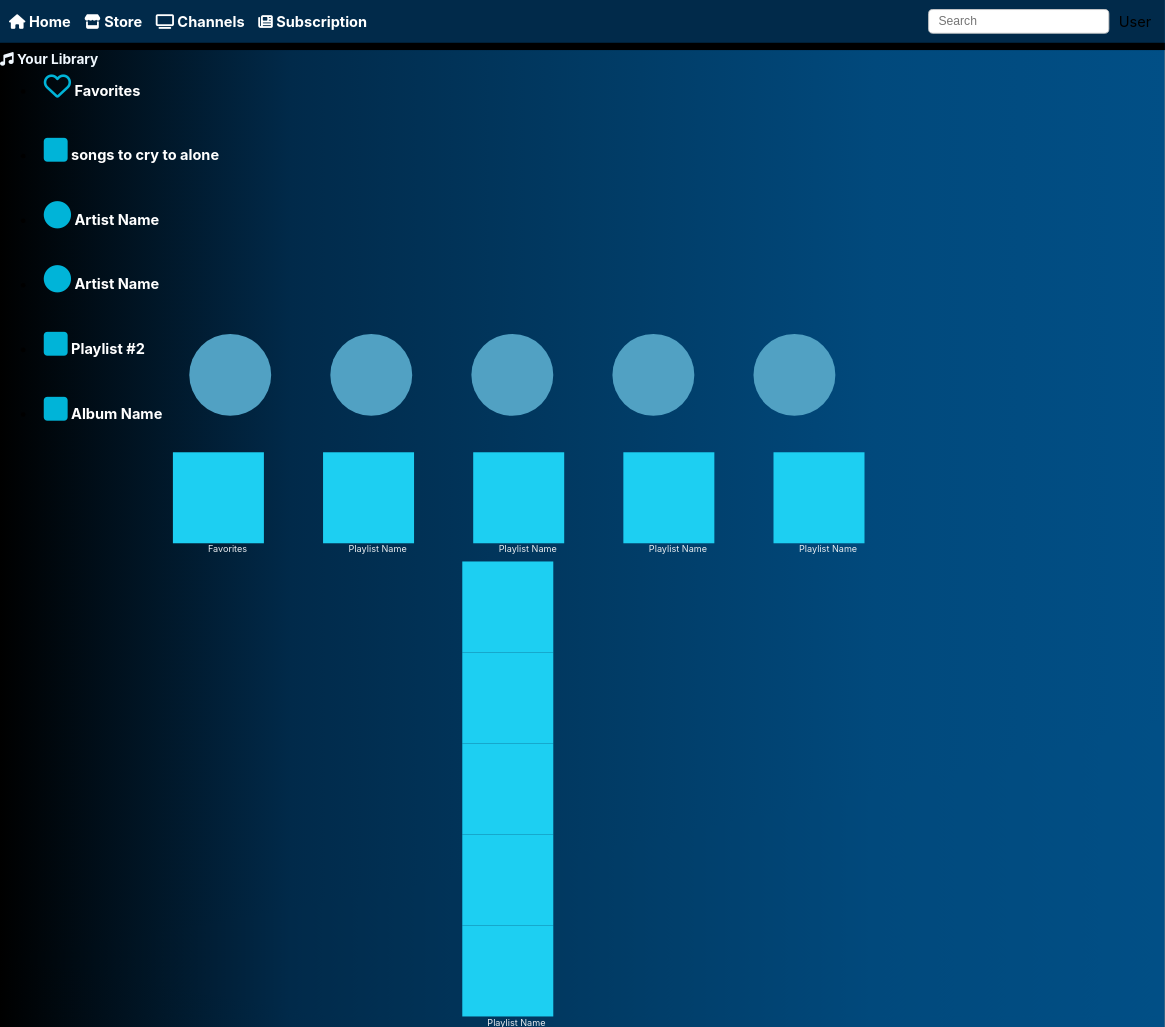
Repository: gordonnrat/group-2-project
Page: / (app in source-code/)
The author's editor kept a copy of each file at every save. The page is drawn from the files as they stood at one save, then again after the next save.
The browser window is 1280 px wide. The pictures show the whole page, at 91% of full size.
The project was rebuilt for these pictures with package versions that can differ from the ones it lists, and the page was loaded fresh each time. Also part of the build but not shown: source-code/src/App.css, source-code/src/App.js, source-code/src/components/pages/Login.js.

Above is the page before, as saved 2023-08-01 15:37:55.

### source-code/src/index.js
import React from 'react';
import ReactDOM from 'react-dom';
import './index.css';
import reportWebVitals from './reportWebVitals';
import {
  BrowserRouter as Router,
  Routes,
  Route,
  Link
} from "react-router-dom";

import App from './App';
import Home from './components/pages/Home';
import Login from './components/pages/Login';

ReactDOM.render(
  <React.StrictMode>
    <Router>
      <Routes>
        <Route path="/" element={<Home />} />
        <Route path="/login" element={<Login />} />
        {/* Add more routes here */}
        <Route path="/group-2-project" element={<Link to="/" />} />
      </Routes>
    </Router>
  </React.StrictMode>,
  document.getElementById('root')
);

// If you want to start measuring performance in your app, pass a function
// to log results (for example: reportWebVitals(console.log))
// or send to an analytics endpoint. Learn more: https://bit.ly/CRA-vitals
reportWebVitals();

### source-code/src/index.css
body {
  margin: 0;
  font-family: -apple-system, BlinkMacSystemFont, 'Segoe UI', 'Roboto', 'Oxygen',
    'Ubuntu', 'Cantarell', 'Fira Sans', 'Droid Sans', 'Helvetica Neue',
    sans-serif;
  -webkit-font-smoothing: antialiased;
  -moz-osx-font-smoothing: grayscale;
}

code {
  font-family: source-code-pro, Menlo, Monaco, Consolas, 'Courier New',
    monospace;
}

body {
  background: linear-gradient(0.25turn,black,#012A4A, #013A63, #01497C,#014F86);


}

### source-code/src/components/pages/Home.js
// Home.js

import React from "react";
import { Link } from "react-router-dom";
import Navbar from "../Navbar";
import "./js.css";

function Home() {
  return (
    <div>
      <Navbar />
      <h1 className="top-heading">
        <i className="fas fa-music"></i> Your Library
      </h1>
      <div className="main-container">
        <div className="squares-container">
          {/* Square 1 */}
          <Link to="/favorites">
            <div className="square-container">
              <div className="text">Favorites</div>
              <div className="square square-red"></div>
            </div>
          </Link>

          {/* Square 2 */}
          <Link to="/Playlist">
            <div className="square-container">
              <div className="text">Playlist Name</div>
              <div className="square square-blue"></div>
            </div>
          </Link>

          {/* Square 3 */}
          <Link to="/Playlist">
            <div className="square-container">
              <div className="text">Playlist Name</div>
              <div className="square square-green"></div>
            </div>
          </Link>

          {/* Square 4 */}
          <Link to="/Playlist">
            <div className="square-container">
              <div className="text">Playlist Name</div>
              <div className="square square-orange"></div>
            </div>
          </Link>

          {/* Square 5 */}
          <Link to="/Playlist">
            <div className="square-container">
              <div className="text">Playlist Name</div>
              <div className="square square-purple"></div>
            </div>
          </Link>
        </div>

        <div className="circles-container">
          {/* Circle 1 */}
          <Link to="/Playlist">
            <div className="circle-container">
              <div className="circle"></div>
            </div>
          </Link>

          {/* Circle 2 */}
          <Link to="/Playlist">
            <div className="circle-container">
              <div className="circle"></div>
            </div>
          </Link>

          {/* Circle 3 */}
          <Link to="/Playlist">
            <div className="circle-container">
              <div className="circle"></div>
            </div>
          </Link>

          {/* Circle 4 */}
          <Link to="/Playlist">
            <div className="circle-container">
              <div className="circle"></div>
            </div>
          </Link>

          {/* Circle 5 */}
          <Link to="/Playlist">
            <div className="circle-container">
              <div className="circle"></div>
            </div>
          </Link>
        </div>

        <div className="more-squares-container">
          {/* Square 6 */}
          <Link to="/Playlist">
            <div className="square-container">
              <div className="text">Playlist Name</div>
              <div className="square square-yellow"></div>
            </div>
          </Link>

          {/* Square 7 */}
          <Link to="/Playlist">
            <div className="square-container">
              <div className="text">Playlist Name</div>
              <div className="square square-pink"></div>
            </div>
          </Link>

          {/* Square 8 */}
          <Link to="/Playlist">
            <div className="square-container">
              <div className="text">Playlist Name</div>
              <div className="square square-teal"></div>
            </div>
          </Link>

          {/* Square 9 */}
          <Link to="/Playlist">
            <div className="square-container">
              <div className="text">Playlist Name</div>
              <div className="square square-indigo"></div>
            </div>
          </Link>

          {/* Square 10 */}
          <Link to="/Playlist">
            <div className="square-container">
              <div className="text">Playlist Name</div>
              <div className="square square-cyan"></div>
            </div>
          </Link>
        </div>
      </div>
    </div>
  );
}

export default Home;

### source-code/src/components/Navbar.js
import React from "react";
import { Link } from "react-router-dom";
import "./Navbar.css";
import "@fortawesome/fontawesome-free/css/all.min.css";

function Navbar() {
  return (
    <div>
      {/* Main Navbar */}
      <nav className="navbar">
        <ul className="left-nav">
          <li>
            <Link to="/">
              <i className="fas fa-home"></i> Home
            </Link>
          </li>
          <li>
            <Link to="/Store">
              <i className="fas fa-store"></i> Store
            </Link>
          </li>
          <li>
            <Link to="/Channels">
              <i className="fas fa-tv"></i> Channels
            </Link>
          </li>
          <li>
            <Link to="/Subscription">
              <i className="fas fa-newspaper"></i> Subscription
            </Link>
          </li>
        </ul>
        <div className="right-nav">
          <input type="text" placeholder="Search" />
          <div className="user-section">
            {/* Your user-related elements can go here */}
            <span>User</span>
          </div>
        </div>
      </nav>

      {/* Sidebar */}
      <aside className="sidebar">
        {/* Your sidebar content can go here */}
        <ul>
          <li>
            <Link to="/Favorites">
              <i className="far fa-heart"></i> Favorites
            </Link>
          </li>
          <li>
            <Link to="/songs to cry to alone">
              <i className="fas fa-square"></i> songs to cry to alone

            </Link>
          </li>
          {/* Add more sidebar items as needed */}

          <li>
          <Link to="/Artist Name">
              <i className="fas fa-circle"></i> Artist Name
            </Link>
            </li>


            <li>
            <Link to="/Artist Name">
              <i className="fas fa-circle"></i> Artist Name
            </Link>
            </li>

            <li>
            <Link to="/Playlist">
              <i className="fas fa-square"></i> Playlist #2
            </Link>
            </li>
            <li>
            <Link to="/Album Name">
              <i className="fas fa-square"></i> Album Name
            </Link>
            </li>













        </ul>
      </aside>
    </div>
  );
}

export default Navbar;

### source-code/src/components/pages/js.css
/* js.css */

.main-container {
  display: flex;
  flex-direction: column;
  align-items: center;
  justify-content: center;
  margin-top: 20px;
}

.squares-container {
  display: flex;
  justify-content: space-between;
  max-width: 800px;
  margin: 0 auto;
}

.square-container {
  margin-right: 65px;
  position: relative; /* Add this line to create a positioning context */
}

.text {
  position: absolute;
  top: 100px;
  left: 10%;
  font-size: 10px;
  color: rgb(234, 237, 240);
  transform: translateX(-50%);
}

.square {
  width: 100px;
  height: 100px;
  background-color: rgb(29, 207, 242);
  top: -250; /* Move the square to the top */
  left: 50%;
  transform: translateX(-50%);
}

.top-heading {
  position: absolute;
  top: 45px;
  left: 0;
  font-size: 15px;
  color: aliceblue;
}

/* Add styles for the circles */

.circles-container {
  display: flex;
  justify-content: center;
  align-items: flex-start;
  margin-top: 20px;
}

.circle-container {
  margin-right: 155px;
  position: relative;
}

.circle {
  width: 90px;
  height: 90px;
  border-radius: 50%;
  background-color: rgb(81, 161, 195); /* You can set the color for the circles */
  position: absolute;
  top: -250px; /* Adjust the vertical position of the circles below the squares */
  left: 30%; /* Horizontally center the circles */
  transform: translateX(-50%);
}

### source-code/src/components/Navbar.css

/* Navbar.css */

/* Navbar.css */

.navbar {
    background-color: #012A4A;
    padding: 10px;
    display: flex;
    justify-content: space-between;
    align-items: center;

    /* Add border line to the bottom of the navigation bar */
    border-bottom: 8px solid black; /* Replace #fff with your desired border color */
}



.left-nav {
    list-style-type: none;
    margin: 0;
    padding: 0;
    display: flex;
    align-items: center;
}

.left-nav li {
    margin-right: 15px;
}

.left-nav li:last-child {
    margin-right: 0;
}

.left-nav li a {
    text-decoration: none;
    color:white;

    font-size: 16px;
    font-weight: bold;
}

.left-nav li a:hover {
    color: white;
}

.right-nav {
    display: flex;
    align-items: center;
}

.right-nav input[type="text"] {
    padding: 5px 10px;
    border: 1px solid #ccc;
    border-radius: 5px;
    margin-right: 10px;
}

.user-section {
    display: flex;
    align-items: center;
}

.user-section span {
    margin-right: 5px;
}

.user-section img {
    width: 30px;
    height: 30px;
    border-radius: 50%;
}




  .sidebar li a {
    display: block;
    padding: 8px;
    color: white;
    text-decoration: none;
    position: relative;
  }

  .sidebar li {
    margin-bottom: 25px; /* Add space between each sidebar item */
  }

  .sidebar li a i {
    font-size: 30px;
    color: #00B4D8;
    position: relative;
    z-index: 2; /* Set z-index to place the icons in front of the border line */
  }


  .sidebar li a {
    text-decoration: none;
    color: white;
    font-size: 16px;
    font-weight: bold;
}

Loaded but not shown: source-code/public/index.html (common file); source-code/src/reportWebVitals.js (common file)

After the next save:
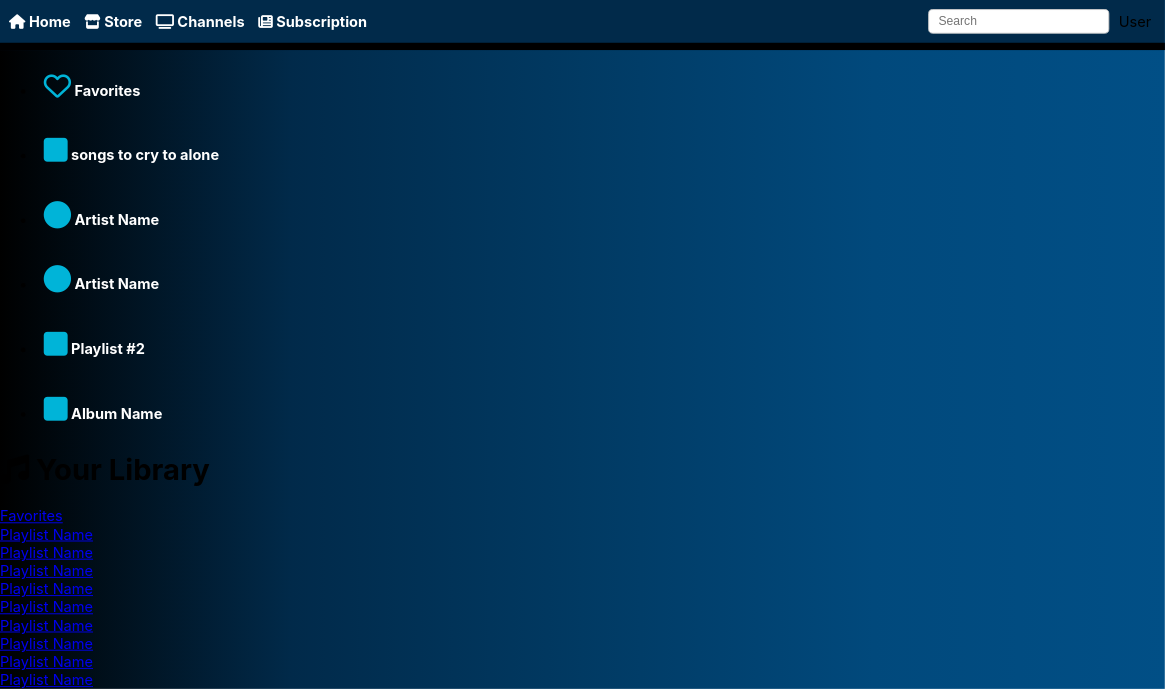
Saved 81 s later.
--- a/source-code/src/components/pages/js.css
+++ b/source-code/src/components/pages/js.css
@@ -1,72 +1,53 @@
 /* js.css */
 
-.main-container {
-  display: flex;
-  flex-direction: column;
-  align-items: center;
-  justify-content: center;
-  margin-top: 20px;
-}
-
-.squares-container {
+/* Add styles for the horizontal squares */
+.horizontal-squares-container {
   display: flex;
   justify-content: space-between;
   max-width: 800px;
   margin: 0 auto;
+  margin-top: 20px; /* Adjust margin as needed */
 }
 
-.square-container {
-  margin-right: 65px;
-  position: relative; /* Add this line to create a positioning context */
+/* Add styles for the horizontal square container */
+.horizontal-square-container {
+  display: flex;
+  flex-direction: column;
+  align-items: center;
+  margin-bottom: 10px; /* Adjust margin as needed */
 }
 
-.text {
-  position: absolute;
-  top: 100px;
-  left: 10%;
-  font-size: 10px;
-  color: rgb(234, 237, 240);
-  transform: translateX(-50%);
+/* Add styles for the horizontal square */
+.horizontal-square {
+  width: 100px;
+  height: 100px;
+  /* Add square colors as per your preference */
 }
 
-.square {
-  width: 100px;
-  height: 100px;
-  background-color: rgb(29, 207, 242);
-  top: -250; /* Move the square to the top */
-  left: 50%;
-  transform: translateX(-50%);
+/* Add styles for the horizontal text */
+.horizontal-text {
+  margin-top: 5px;
 }
 
-.top-heading {
-  position: absolute;
-  top: 45px;
-  left: 0;
-  font-size: 15px;
-  color: aliceblue;
-}
-
-/* Add styles for the circles */
-
-.circles-container {
+/* Add styles for the horizontal circles container */
+.horizontal-circles-container {
   display: flex;
   justify-content: center;
   align-items: flex-start;
   margin-top: 20px;
 }
 
-.circle-container {
-  margin-right: 155px;
-  position: relative;
+/* Add styles for the horizontal circle container */
+.horizontal-circle-container {
+  display: flex;
+  align-items: center;
+  margin-bottom: 10px; /* Adjust margin as needed */
 }
 
-.circle {
-  width: 90px;
-  height: 90px;
+/* Add styles for the horizontal circle */
+.horizontal-circle {
+  width: 80px;
+  height: 80px;
   border-radius: 50%;
-  background-color: rgb(81, 161, 195); /* You can set the color for the circles */
-  position: absolute;
-  top: -250px; /* Adjust the vertical position of the circles below the squares */
-  left: 30%; /* Horizontally center the circles */
-  transform: translateX(-50%);
+  /* Add circle colors as per your preference */
 }
